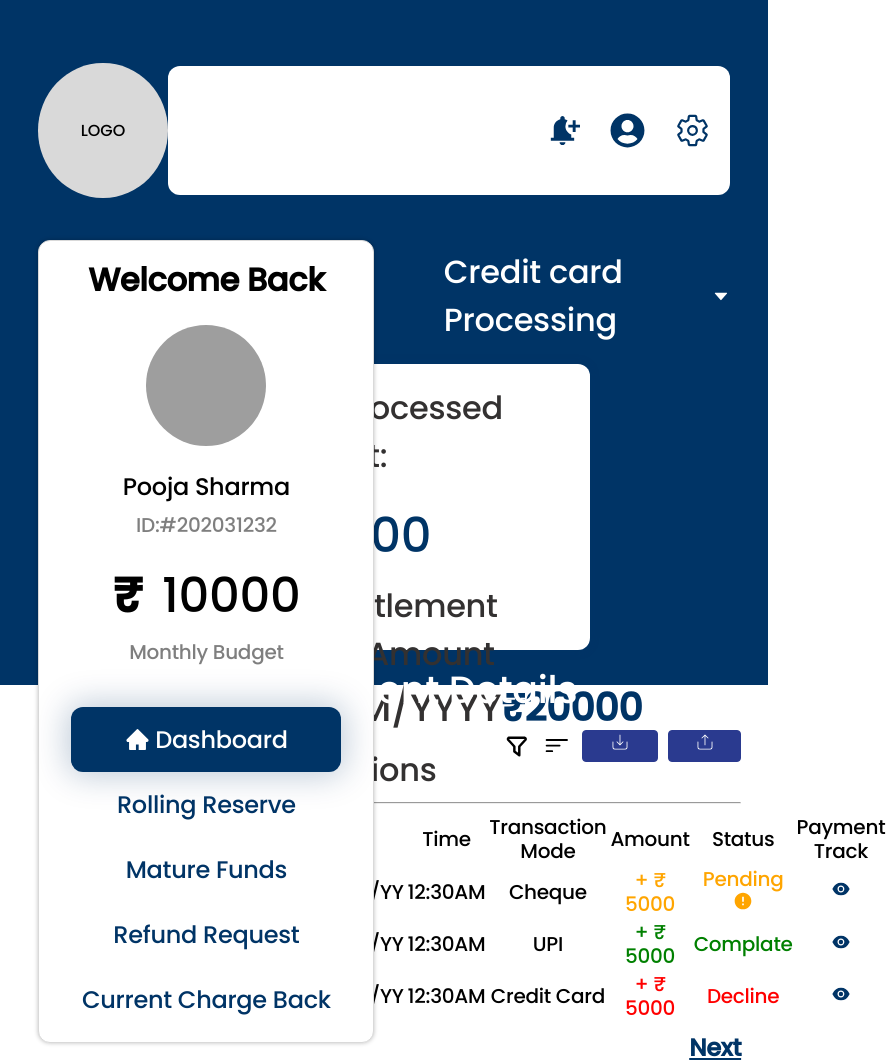
Repository: FlyweisReact/Prashant
Page: /dashboard
The author's editor kept a copy of each file at every save. The page is drawn from the files as they stood at one save, then again after the next save.
The browser window is 768 px wide. The page is 888 px wide, so the pictures cover 888 px, including what lies to the right of the window. The pictures show the whole page.
Pictures or frames that could not be fetched are drawn as grey boxes. The project was rebuilt for these pictures with package versions that can differ from the ones it lists, and the page was loaded fresh each time. Also part of the build but not shown: src/Pages/CryptoPayment.jsx, src/Pages/CurrentCharge.jsx, src/Styles/Login.module.css, src/Components/Login/LoginFirstSection.jsx, src/Components/Login/LoginMainSection.jsx, src/Pages/Login.jsx, src/Pages/MatureFund.jsx, src/Pages/OpenBanking.jsx and 12 more.

Above is the page before, as saved 2023-03-23 16:32:17.

### public/index.html
<!DOCTYPE html>
<html lang="en">
  <head>
    <meta charset="utf-8" />
    <link rel="icon" href="%PUBLIC_URL%/favicon.ico" />
    <meta name="viewport" content="width=device-width, initial-scale=1" />
    <meta name="theme-color" content="#000000" />
    <meta
      name="description"
      content="Web site created using create-react-app"
    />
    <link rel="apple-touch-icon" href="%PUBLIC_URL%/logo192.png" />
    <!--
      manifest.json provides metadata used when your web app is installed on a
      user's mobile device or desktop. See https://developers.google.com/web/fundamentals/web-app-manifest/
    -->
    <link rel="manifest" href="%PUBLIC_URL%/manifest.json" />
    <!--
      Notice the use of %PUBLIC_URL% in the tags above.
      It will be replaced with the URL of the `public` folder during the build.
      Only files inside the `public` folder can be referenced from the HTML.

      Unlike "/favicon.ico" or "favicon.ico", "%PUBLIC_URL%/favicon.ico" will
      work correctly both with client-side routing and a non-root public URL.
      Learn how to configure a non-root public URL by running `npm run build`.
    -->
    <title>React App</title>
  </head>
  <body>
    <noscript>You need to enable JavaScript to run this app.</noscript>
    <div id="root"></div>
    <!--
      This HTML file is a template.
      If you open it directly in the browser, you will see an empty page.

      You can add webfonts, meta tags, or analytics to this file.
      The build step will place the bundled scripts into the <body> tag.

      To begin the development, run `npm start` or `yarn start`.
      To create a production bundle, use `npm run build` or `yarn build`.
    -->
  </body>
  <style>
    @import url("https://fonts.googleapis.com/css2?family=Lilita+One&family=PT+Sans&family=Poppins:wght@500&display=swap");
  </style>
</html>

### src/App.css
/** @format */

.App {
  text-align: center;
}

.App-logo {
  height: 40vmin;
  pointer-events: none;
}
.font-poppins {
  font-family: "Poppins";
}

@media (prefers-reduced-motion: no-preference) {
  .App-logo {
    animation: App-logo-spin infinite 20s linear;
  }
}

.App-header {
  background-color: #282c34;
  min-height: 100vh;
  display: flex;
  flex-direction: column;
  align-items: center;
  justify-content: center;
  font-size: calc(10px + 2vmin);
  color: white;
}

.App-link {
  color: #61dafb;
}

@keyframes App-logo-spin {
  from {
    transform: rotate(0deg);
  }
  to {
    transform: rotate(360deg);
  }
}

/* Media Query */
@media (max-width: 780px) {
  .Login_MainDiv__AWrd2 {
    display: block !important;
  }
  .Login_MainDiv__AWrd2 > div {
    width: 100% !important;
    height: 700px !important;
  }
  .Login_LoginMainSection__Yyq5T > div {
    width: 100% !important;
    border-radius: 0px !important;
    box-shadow: none !important;
  }

  .Register_RegisterMainDiv__Hok-C {
    display: block !important;
    width: 100% !important;
  }

  .Register_RegisterFirstSection__0bCb6 > p {
    text-align: center;
    display: block;
    width: 500px;
  }

  .myHr {
    max-width: 400px !important;
    margin: auto !important;
    display: block !important;
  }
  .smallImage {
    width: 100% !important;
  }
  .Register_RegisterMainDiv__Hok-C > div:first-child {
    width: 100% !important;
  }
  .Register_RegisterMainDiv__Hok-C > div:last-child {
    width: 100% !important;
  }
  .Register_InputBoxMain__6Dvtf {
    margin-left: 60px;
  }

  .Register_RegisterTitle__dGsqQ {
    justify-content: center;
  }

  .RegisterTwo_RegisterMainDiv__Oc9\+U {
    display: block !important;
  }
  .RegisterTwo_RegisterMainDiv__Oc9\+U>div:first-child {
    width: 100% !important;
}

.RegisterTwo_RegisterMainDiv__Oc9\+U>div:last-child {
  width: 100% !important;
}



}

### src/Routes/AllRoutes.jsx
import React from "react";
import { Route, Routes } from "react-router-dom";
import { CryptoPayment } from "../Pages/CryptoPayment";
import { CurrentCharge } from "../Pages/CurrentCharge";
import { Dashboard } from "../Pages/Dashboard";
import { Login } from "../Pages/Login";
import { MatureFund } from "../Pages/MatureFund";
import { OpenBanking } from "../Pages/OpenBanking";
import { OtpPage } from "../Pages/OtpPage";
import { Profile } from "../Pages/Profile";
import { RefundRequest } from "../Pages/RefundRequest";
import { Register } from "../Pages/Register";
import { RegisterTwo } from "../Pages/RegisterTwo";
import { RollingReserve } from "../Pages/RollingReserve";

export const AllRoutes = () => {
  return (
    <Routes>
      <Route path="/" element={<Login />} />
      <Route path="/verify-otp" element={<OtpPage />} />
      <Route path="/dashboard" element={<Dashboard />} />
      <Route path="/register" element={<Register />} />
      <Route path="/detail-register" element={<RegisterTwo />} />
      <Route path="/profile" element={<Profile />} />
      <Route path="/rolling-reserve" element={<RollingReserve />} />
      <Route path="/mature-fund" element={<MatureFund />} />
      <Route path="/refund-request" element={<RefundRequest />} />
      <Route path="/current-charge" element={<CurrentCharge />} />
      <Route path="open-banking-service" element={<OpenBanking />} />
      <Route path="/crypto-payment-proccessing" element={<CryptoPayment />} />
    </Routes>
  );
};

### src/Components/Dashboard/UserInfoPopUp.jsx
import React, { useState } from "react";
import styles from "../../Styles/Dashboard.module.css";
import { MdNotificationAdd } from "react-icons/md";
import { FaUserCircle } from "react-icons/fa";
import { IoSettingsOutline } from "react-icons/io5";
import { useNavigate } from "react-router-dom";
import { NotificationModal } from "../Notification/NotificationModal";
export const UserInfoPopUp = () => {
  const [openModal, setOpenModal] = useState(false);
  const navigate = useNavigate();
  const HandleModal = () => {
    setOpenModal(!openModal);
  };
  return (
    <div className={styles.logoSection}>
      <div onClick={() => navigate("/dashboard")} className={styles.Logo}>
        <p>LOGO</p>
      </div>
      <NotificationModal openModal={openModal} HandleModal={HandleModal} />
      <div className={styles.InfoPanel}>
        <div>
          <MdNotificationAdd
            size={35}
            color="#003466"
            style={{ cursor: "pointer" }}
            onClick={HandleModal}
          />
          <FaUserCircle
            size={35}
            color="#003466"
            style={{ cursor: "pointer" }}
            onClick={() => navigate("/profile")}
          />
          <IoSettingsOutline
            size={35}
            color="#003466"
            style={{ cursor: "pointer" }}
          />
        </div>
      </div>
    </div>
  );
};

### src/Components/SideBar.jsx
import React from "react";
import { AiFillHome } from "react-icons/ai";
import { Link, useLocation } from "react-router-dom";
import styles from "../Styles/SideBar.module.css";
export const SideBar = () => {
  const { pathname } = useLocation();
  return (
    <div className={styles.SideBarMain}>
      <h1>Welcome Back</h1>
      <div>
        <div>
          <img
            src="https://th.bing.com/th/id/OIP.2i5UaEHaQM3PYAYXQyM1AAAAAA?pid=ImgDet&rs=1"
            alt="img"
          />
          <h1>Pooja Sharma</h1>
          <p>ID:#202031232</p>
          <div className={styles.TotalBudgetDiv}>
            <h1>&#x20b9;</h1>
            <h1>10000</h1>
          </div>
          <p>Monthly Budget</p>
        </div>
      </div>
      <div className={styles.LinkBox}>
        <Link to={"/dashboard"}>
          <div
            className={
              pathname === "/dashboard" ? styles.active : styles.unactive
            }
          >
            <AiFillHome size={25} />
            <p>Dashboard</p>
          </div>
        </Link>
        <Link to={"/rolling-reserve"}>
          <div
            className={
              pathname === "/rolling-reserve" ? styles.active : styles.unactive
            }
          >
            <p>Rolling Reserve</p>
          </div>
        </Link>
        <Link to={"/mature-fund"}>
          <div
            className={
              pathname === "/mature-fund" ? styles.active : styles.unactive
            }
          >
            <p>Mature Funds</p>
          </div>
        </Link>
        <Link to={"/refund-request"}>
          <div
            className={
              pathname === "/refund-request" ? styles.active : styles.unactive
            }
          >
            <p>Refund Request</p>
          </div>
        </Link>
        <Link to={"/current-charge"}>
          <div
            className={
              pathname === "/current-charge" ? styles.active : styles.unactive
            }
          >
            <p>Current Charge Back</p>
          </div>
        </Link>
      </div>
    </div>
  );
};

### src/Components/TotalAmountSection.jsx
import React from "react";
import styles from "../Styles/TotalAmountSection.module.css";
export const TotalAmountSection = () => {
  return (
    <div className={styles.MainDiv}>
      <h1>Total Processed Amount:</h1>
      <div className={styles.TotalBudgetDiv}>
        <h1>&#x20b9;</h1>
        <h1>10000</h1>
      </div>
      <h1>Last Settlement Date & Amount</h1>
      <div className={styles.DateSection}>
        <div>
          <p>DD/MM/YYYY</p>
          <h2>&#x20b9;{20000}</h2>
        </div>
      </div>
    </div>
  );
};

### src/Styles/Dashboard.module.css
.Main{
width: 100%;
height: 685px;
background: #003466;
position: relative;
}
.topDiv{
    width: 90%;
    margin:auto;

}
.logoSection{
    width: 100%;
    display: flex;
    align-items: center;
    justify-content: space-between;

}
.Logo{
    display: flex;
    cursor: pointer;
    justify-content: center;
    align-items: center;
    width: 135px;
height: 135px;
margin-top: 63px;
background: #D9D9D9;
border-radius: 50%;
}
.InfoPanel{
    margin-top: 63px;
    width: 85%;
height: 129px;
background: #FFFFFF;
border-radius: 12px;
display: flex;
justify-content: flex-end;
align-items: center;
}
.InfoPanel>div{
    display: flex;
    gap: 30px;
    margin: 20px;
}
.TotalAmountMainDiv{

    width: 100%;
    height: 500px;
    display: flex;
    justify-content: flex-end;
}
.TotalAmountMainDiv>div>p{
    font-family: 'Poppins';
font-style: normal;
font-weight: 500;
font-size: 38px;
line-height: 60px;
/* identical to box height */
margin-top: 10px;
letter-spacing: -0.28px;
color: #FFFFFF;
}
.TotalAmountMainDiv>div{
    width: 72%;
    margin-top: 50px;
}
.TotalAmountMainDiv>div>div>p,.TotalAmountMainDiv>div>div>div>p{
font-family: 'Poppins';
font-style: normal;
font-weight: 500;
font-size: 32px;
line-height: 48px;
/* identical to box height */
margin: 0;
letter-spacing: -0.28px;

color: #FFFFFF;
}
.TotalAmountMainDiv>div>div{
    display: flex;
    gap: 30px;
}
.TotalAmountMainDiv>div>div>div{
    display: flex;
    align-items: center;
    gap: 10px;
}
.TableMainSection{
    display: flex;
    justify-content: flex-end;
}
.TableMainSection>div{
    width: 70%;

}
.TableMainSection>div>div{
    width: 95%;
}
.TableTitle{
display: flex;
align-items: center;
justify-content: space-between;
}
.TableTitle>h1{
    font-family: 'Poppins';
font-style: normal;
font-weight: 500;
font-size: 32px;
line-height: 48px;
/* identical to box height */
margin: 0;
letter-spacing: -0.28px;

color: #333131;
}
.TableTitle>div{
    display: flex;
    align-items: center;
    gap: 10px;
}
.TableTitle>div>button{

    /* width: 80px; */
height: 32px;
background: #2A3A8F;
border: 1px solid #2A3A8F;
border-radius: 4px;
color: white;
font-family: 'Poppins';
font-style: normal;
font-weight: 400;
font-size: 16px;
cursor: pointer;
line-height: 24px;
/* margin: 0; */
}
.TableDiv{
    width: 100%;
}
.TableDiv>table{
    width: 100%;
}
.TableDiv>table tr th{
    text-align: center;

    font-family: 'Poppins';
font-style: normal;
font-weight: 500;
font-size: 20px;
line-height: 24px;
letter-spacing: -0.28px;

color: #000000;
}
.TableDiv>table tr td{
    height: 40px;
    text-align: center;
    font-family: 'Poppins';
font-style: normal;
font-weight: 400;
font-size: 20px;
line-height: 24px;
letter-spacing: -0.28px;

/* color: #272727; */
}
.pending{
    color: orange;
}
.decline{
    color: red;
}
.complate{
    color: green;
}
.NextLink{
    display: flex;
    justify-content: flex-end;
}
.NextLink>a{
    font-family: 'Poppins';
    font-style: normal;
    font-weight: 600;
    font-size: 24px;
    line-height: 30px;
    /* identical to box height */
    margin-top: 10px;
    letter-spacing: -0.28px;
    text-decoration-line: underline;

    color: #003466;
}



@media  (max-width : ) {

}

### src/Components/CardProccessingModal.jsx
import React from "react";
import { MdOutlineClose } from "react-icons/md";
import { Link } from "react-router-dom";
import styles from "../Styles/CardProccessingModal.module.css";
export const CardProccessingModal = ({ OpenModal, HandleModal }) => {
  console.log(OpenModal);
  return (
    <div className={OpenModal ? styles.modalVisible : styles.modal}>
      <div className={styles.ModalMainDiv}>
        <MdOutlineClose
          onClick={() => HandleModal()}
          size={25}
          className={styles.CloseICon}
        />
        <div>
          <Link to={""}>Credit Card Processing</Link>
          <hr />
          <Link to={"/open-banking-service"}>Open Banking Service</Link>
          <hr />
          <Link to={"/crypto-payment-proccessing"}>
            Crypto payment processing
          </Link>
        </div>
      </div>
    </div>
  );
};

### src/Components/Notification/NotificationModal.jsx
import React from "react";
import { AiOutlineClose } from "react-icons/ai";
import styles from "../../Styles/Notification.module.css";
import { BsThreeDotsVertical } from "react-icons/bs";
export const NotificationModal = ({ openModal, HandleModal }) => {
  const data = [
    {
      img: "https://th.bing.com/th/id/OIP.2i5UaEHaQM3PYAYXQyM1AAAAAA?pid=ImgDet&rs=1",
      title: "Morem ipsum dolor sit amet, consectetur adipiscing elit.",
      desc: "Morem ipsum dolor sit amet, consectetur .",
      day: "yesterday",
      time: "10:30 AM",
    },
    {
      img: "https://th.bing.com/th/id/OIP.2i5UaEHaQM3PYAYXQyM1AAAAAA?pid=ImgDet&rs=1",
      title: "Morem ipsum dolor sit amet, consectetur adipiscing elit.",
      desc: "Morem ipsum dolor sit amet, consectetur .",
      day: "yesterday",
      time: "10:30 AM",
    },
    {
      img: "https://th.bing.com/th/id/OIP.2i5UaEHaQM3PYAYXQyM1AAAAAA?pid=ImgDet&rs=1",
      title: "Morem ipsum dolor sit amet, consectetur adipiscing elit.",
      desc: "Morem ipsum dolor sit amet, consectetur .",
      day: "yesterday",
      time: "10:30 AM",
    },
  ];
  return (
    <div className={openModal ? styles.modalVisible : styles.modal}>
      <div className={styles.ModalMainDiv}>
        <AiOutlineClose
          onClick={HandleModal}
          size={25}
          className={styles.CloseIcon}
        />
        <div className={styles.titleDiv}>
          <h1>Notification</h1>
          <BsThreeDotsVertical size={25} />
        </div>
        <hr style={{ height: "3px", background: "black" }} />
        <p>Today's</p>
        {data.map((ele) => (
          <>
            <div className={styles.NotificationDiv}>
              <div>
                <img src={ele.img} alt="img" />
              </div>
              <div>
                <h1>{ele.title}</h1>
                <p>{ele.desc}</p>
                <div>
                  <p>{ele.day}</p>
                  <span className={styles.Time}>{ele.time}</span>
                </div>
              </div>
            </div>
            <hr style={{ height: "2px", background: "grey" }} />
          </>
        ))}
      </div>
    </div>
  );
};

### src/Styles/SideBar.module.css
.SideBarMain{
    position: absolute;
    width: 314px;
/* height: 789px; */
left: 25%px;
top: 35%;
background: #FFFFFF;
border: 1px solid #D9D9D9;
box-shadow: 0px 0px 4px rgba(0, 0, 0, 0.25);
border-radius: 12px;
padding: 10px;
}
.SideBarMain>h1{
    text-align: center;
    font-family: 'Poppins';
font-style: normal;
font-weight: 700;
font-size: 32px;
margin-top: 5px;
letter-spacing: -0.28px;
}
.SideBarMain>div{
    width: 100%;
    display: flex;
    align-items: center;
    justify-content: center;
}
.SideBarMain>div>div{
    text-align: center;
}
.SideBarMain>div>div>img{
    width: 120px;
height: 121px;
    border-radius: 50%;
}
.SideBarMain>div>div>h1{
    font-family: 'Poppins';
font-style: normal;
font-weight: 500;
font-size: 24px;
letter-spacing: -0.28px;
}
.SideBarMain>div>div>p{
    font-family: 'Poppins';
font-style: normal;
margin-top: -10px;
font-weight: 300;
font-size: 20px;
line-height: 30px;
letter-spacing: -0.28px;
color: rgba(0, 0, 0, 0.5);
}
.TotalBudgetDiv{
    display: flex;
    align-items: center;
    gap: 20px;
    margin: 15px;
}
.TotalBudgetDiv>h1:first-child{
    font-family: 'Poppins';
font-style: normal;
font-weight: 700;
font-size: 48px;
line-height: 72px;
letter-spacing: -0.28px;
}
.TotalBudgetDiv>h1{
    font-family: 'Poppins';
    font-style: normal;
    font-weight: 500;
    font-size: 48px;
    line-height: 72px;
    margin: 0;
    letter-spacing: -0.28px;
}
.LinkBox{
    display: flex;
    flex-direction: column;
    margin-top: 20px;
}
.LinkBox>a{
    text-decoration: none;
}
.active{
    width: 250px;
    height: 65px;
    padding-left: 10px;
    padding-right: 10px;
    background: #003466;
    box-shadow: 0px 0px 32px 4px rgba(0, 52, 102, 0.25);
    border-radius: 12px;
    display: flex;
    color: white;
    justify-content: center;
    align-items: center;
    gap: 5px;

}
.unactive{
    width: 250px;
    height: 65px;
    display: flex;

    color:#003466;
    justify-content: center;
    align-items: center;
    gap: 5px;
}
.unactive,.active >p{
    font-family: 'Poppins';
font-style: normal;
font-weight: 500;
font-size: 24px;
line-height: 36px;
letter-spacing: -0.28px;
}

### src/Styles/TotalAmountSection.module.css
.MainDiv{
    display:flex;
    flex-direction: column;
    margin-top: 20px;
    width: 72%;
height: 286px;
background: #FFFFFF;
box-shadow: 0px 0px 10px rgba(0, 52, 102, 0.3);
border-radius: 12px;
}
.MainDiv>h1{
    font-family: 'Poppins';
    font-style: normal;
    font-weight: 500;
    font-size: 32px;
    line-height: 48px;
    letter-spacing: -0.28px;
    color: #333131;
    margin: 20px;
}
.TotalBudgetDiv{
    display: flex;
    align-items: center;
    gap: 30px;
    margin-left: 20px;
  margin-top: -30px;
  margin-bottom: -40px;
}
.TotalBudgetDiv>h1:first-child{
    font-family: 'Poppins';
font-style: normal;
font-weight: 700;
margin: 0;
font-size: 50px;
line-height: 72px;
letter-spacing: -0.28px;
color: #003466;
}
.TotalBudgetDiv>h1{
    font-family: 'Poppins';
    font-style: normal;
    font-weight: 500;
    font-size: 48px;
    line-height: 72px;
    margin: 0;
    letter-spacing: -0.28px;
    color: #003466;
}
.DateSection>div{
    width: 80%;
    margin-top: -50px;
    /* background-color: rebeccapurple; */
    display: flex;
    justify-content: space-between;
    align-items: center;
    margin-left: 20px;
}
.DateSection>div>p{
   font-family: 'Poppins';
font-style: normal;
font-weight: 500;
font-size: 38px;
line-height: 60px;
/* identical to box height */
margin: 0;
letter-spacing: -0.28px;
color: #333131;
}
.DateSection>div>h2{
    margin: 0;
    font-family: 'Poppins';
font-style: normal;
font-weight: 600;
font-size: 38px;
line-height: 60px;
letter-spacing: -0.28px;
color: #003466;
}

### src/Styles/CardProccessingModal.module.css
.modal{
    display: none;
  position: fixed;
  z-index: 1;
  left: 0%;
  top: 0;
  width: 100%;
  height: 100%;
  overflow: auto;
  background-color: rgb(0,0,0);
  background-color: rgba(0,0,0,0.4);
}
.modalVisible{
    display :block;
    position: fixed;
    z-index: 1;
    left: 0%;
    top: 0;
    width: 100%;
    height: 100%;
    /* margin-bottom: 20px; */
    overflow: auto;
    background-color: rgb(0,0,0);
    background-color: rgba(0,0,0,0.4);
}
.CloseICon{
    position: absolute;
    right: 3%;
    top: 5%;
    cursor: pointer;
}
.MainTitle{
    display: flex;
    border: 1px solid blue;
}
.ModalMainDiv{
    position:absolute;
    margin: auto;
    /* width: 435px; */
height: 221px;
background: #FFFFFF;
border-radius: 4px;

    top: 38%;
    left: 60%;

}
.ModalMainDiv>div{
    margin: 30px;
}
.ModalMainDiv>div>a{
    text-decoration: none;
    height: 50px;
    font-family: 'Poppins';
font-style: normal;
font-weight: 500;
font-size: 32px;
line-height: 40px;
letter-spacing: -0.28px;

color: #333333;
}

### src/Styles/Notification.module.css
.modal{
    display: none;
  position: fixed;
  z-index: 1;
  left: 0%;
  top: 0;
  width: 100%;
  height: 100%;
  overflow: auto;
  background-color: rgb(0,0,0);
  background-color: rgba(0,0,0,0.4);
}
.modalVisible{
    display :block;
    position: fixed;
    z-index: 1;
    left: 0%;
    top: 0;
    width: 100%;
    height: 100%;
    overflow: auto;
    background-color: rgb(0,0,0);
    background-color: rgba(0,0,0,0.4);
}
.ModalMainDiv{
    position:absolute;
    margin: auto;
    top: 20%;
    right: 15%;
    padding: 30px;
    width: 519px;
/* height: 811px; */
background: #FFFFFF;


}

.CloseIcon{

    position: absolute;
    right: 2%;
    top: 2%;
    cursor: pointer;
}

.ModalMainDiv>button{
height: 64px;
display: block;
width: 360px;
margin: auto;
margin-top: 50px;
background: #2A3A8F;
border-radius: 16px;
border: none;
font-family: 'Poppins';
font-style: normal;
font-weight: 700;
font-size: 20px;
line-height: 30px;
cursor: pointer;
color: white;
}

.titleDiv{
    margin-top: 5px;
    display: flex;
    align-items: center;
    justify-content: space-between;
}
.titleDiv>h1{

font-family: 'Poppins';
font-style: normal;
font-weight: 500;
font-size: 24px;
line-height: 18px;
letter-spacing: -0.28px;
color: #000000;
}
.ModalMainDiv>p{
    font-family: 'Poppins';
font-style: normal;
font-weight: 500;
font-size: 20px;
line-height: 18px;
letter-spacing: -0.28px;
color: #000000;

}
.NotificationDiv{
    display: flex;
align-items: center;
gap: 20px;
}
.NotificationDiv>div>img{
    width: 60px;
height: 60px;
border-radius: 50%;
}
.NotificationDiv>div>h1{
    font-family: 'Poppins';
font-style: normal;
font-weight: 400;
font-size: 16px;
line-height: 18px;
letter-spacing: -0.28px;
width: 70%;
}
.NotificationDiv>div>p{
    font-family: 'Poppins';
font-style: normal;
font-weight: 300;
font-size: 10px;
line-height: 18px;
letter-spacing: -0.28px;

color: rgba(0, 0, 0, 0.5);
}
.NotificationDiv>div>div{
    display: flex;
    justify-content: space-between;
    align-items: center;
}
.NotificationDiv>div>div>p{
    font-family: 'Poppins';
font-style: normal;
font-weight: 400;
font-size: 12px;
line-height: 18px;
letter-spacing: -0.28px;
margin: 0;
color: rgba(0, 0, 0, 0.5);
}
.Time{
    font-family: 'Poppins';
    font-style: normal;
    font-weight: 400;
    font-size: 12px;
    line-height: 18px;
    letter-spacing: -0.28px;
    color:  #003466;
}

Loaded but not shown: src/index.js (common file); src/index.css (common file); src/reportWebVitals.js (common file); src/App.js (13 lines, source omitted); src/Pages/Dashboard.jsx (184 lines, source omitted); src/Components/PaymentPendingModal.jsx (96 lines, source omitted); src/Styles/PaymentPendingModal.module.css (195 lines, source omitted); src/Styles/DeclineModal.module.css (195 lines, source omitted); src/Components/DeclineModal.jsx (90 lines, source omitted)

After the next save:
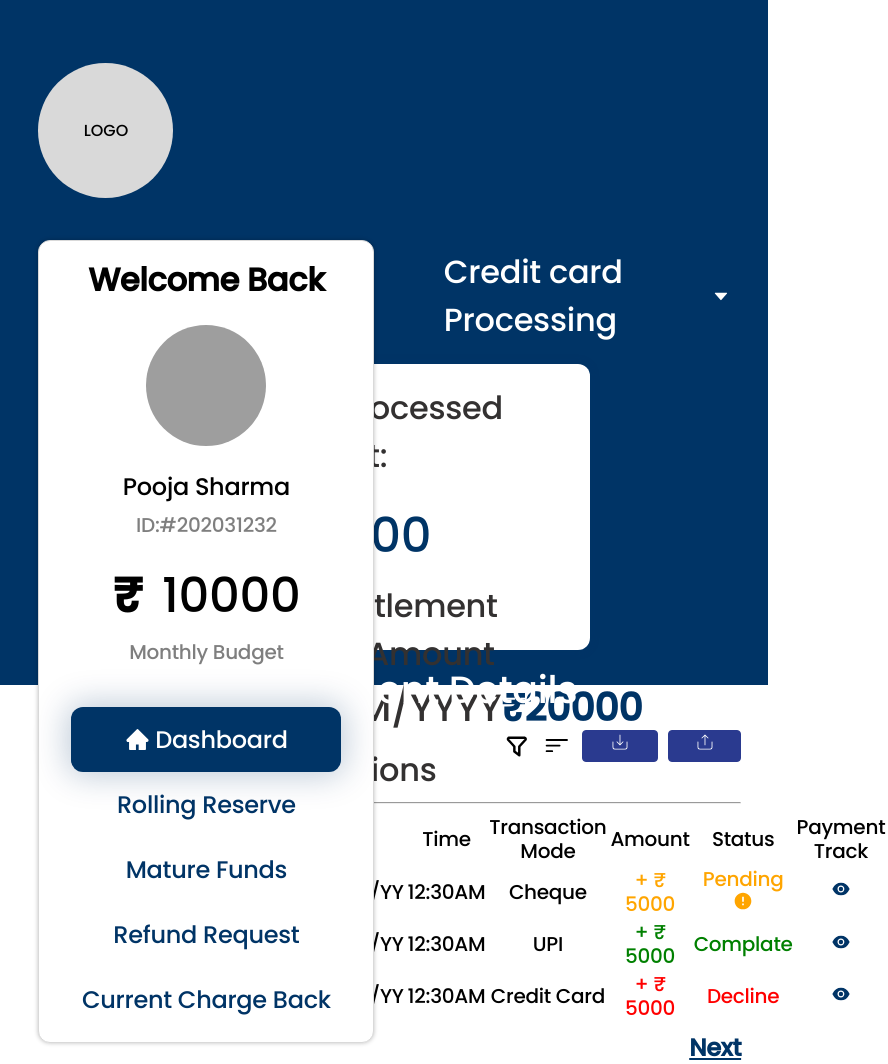
Saved 8 s later.
--- a/src/Styles/Dashboard.module.css
+++ b/src/Styles/Dashboard.module.css
@@ -193,6 +193,9 @@ letter-spacing: -0.28px;
 
 
 
-@media  (max-width : ) {
-
-}
+@media  (max-width : 780px) {
+    .InfoPanel{
+        display: none;
+    }
+
+}
